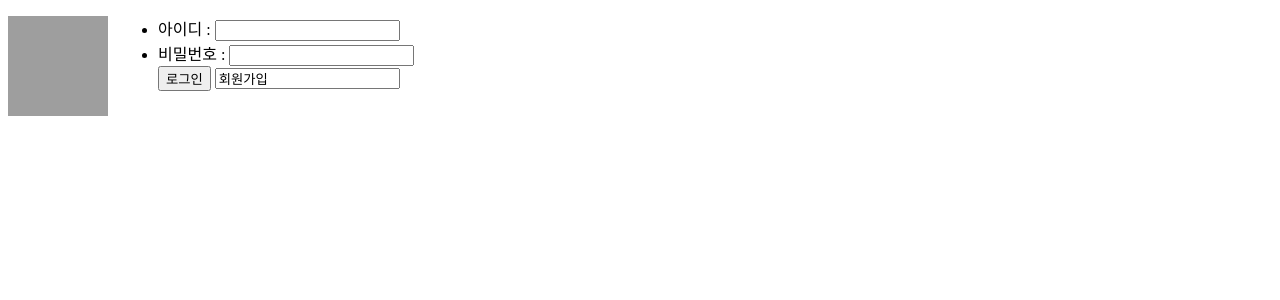
Repository: giwon8701/Qclass_KH
Page: Workspace_Java/testWebProject/WebContent/test2.html
An editor plug-in stored every save of this project. The page is shown before and after the next save, followed by the edit.
The browser window is 1280 px wide. The pictures show the whole page.
Pictures or frames that could not be fetched are drawn as grey boxes.

Above is the page before, as saved 2021-01-11 02:54:11.

### Workspace_Java/testWebProject/WebContent/test2.html
<!doctype html>
<html lang="ko">
<head>
<meta charset="UTF-8">
</head>

<body>
	<header>
		<img src="resources/images/logo.gif" style="margin-right:50px; width:100px; height:100px; float:left;">
		<form>
			<ul>
				<li>
					<label>아이디 : </label>
					<input type="text">
				</li>
				<li>
					<label>비밀번호 : </label>
					<input type="text">
				</li>
				<input type="submit" value="로그인">
				<input value="회원가입">
			</ul>
		</form>
	</header>

	<section>

	</section>

	<footer>

	</footer>
</body>
</html>

After the next save:
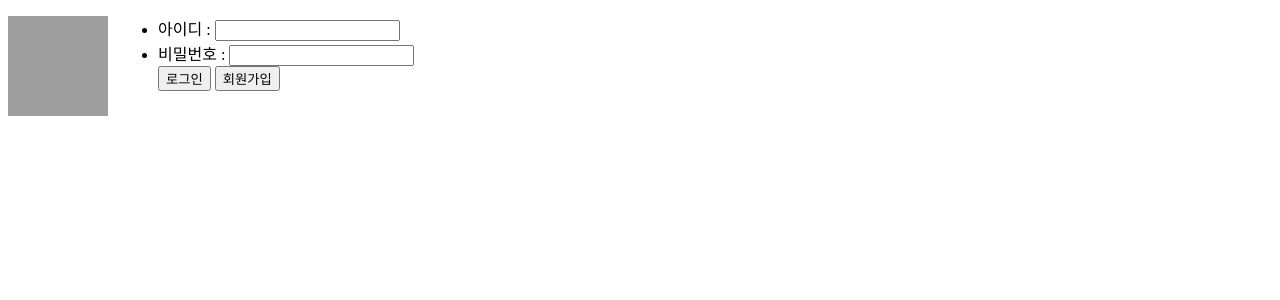
Saved 25 s later.
--- a/Workspace_Java/testWebProject/WebContent/test2.html
+++ b/Workspace_Java/testWebProject/WebContent/test2.html
@@ -18,7 +18,7 @@
 					<input type="text">
 				</li>
 				<input type="submit" value="로그인">
-				<input value="회원가입">
+				<button>회원가입</button>
 			</ul>
 		</form>
 	</header>
